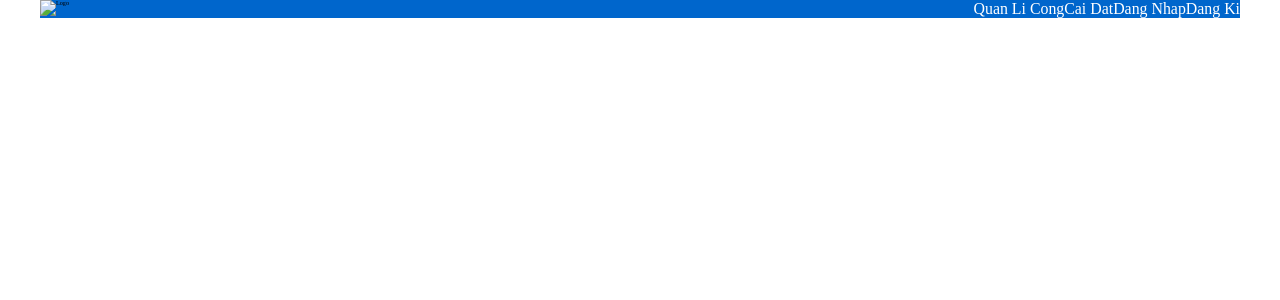
Repository: LDDUNG2003/a
Page: index.html
The author's editor kept a copy of each file at every save. The page is drawn from the files as they stood at one save, then again after the next save.
The browser window is 1280 px wide. The pictures show the whole page.

Above is the page before, as saved 2023-10-12 14:04:33.

### index.html
<!DOCTYPE html>
<html lang="en">

<head>
    <meta charset="UTF-8">
    <meta name="viewport" content="width=device-width, initial-scale=1.0">
    <title>Document</title>
    <link rel="stylesheet" href="./controlView/css/base.css">
    <link rel="stylesheet" href="./controlView/css/index.css">
</head>

<body>
    <div class="main">
        <div class="header">
            <div class="navBar">
                <img src="" alt="Logo">
                <ul class="navBar-list">
                    <li class="navBar-list--item">
                        <a href="./" class="navBar-list--link">quan li cong</a>
                    </li>
                    <li class="navBar-list--item">
                        <a href="./" class="navBar-list--link">cai dat</a>
                    </li>
                    <li class="navBar-list--item">
                        <a href="./" class="navBar-list--link">dang nhap</a>
                    </li>
                    <li class="navBar-list--item">
                        <a href="./" class="navBar-list--link">dang ki</a>
                    </li>
                </ul>
            </div>
        </div>
    </div>
</body>

</html>

### controlView/css/base.css
:root {
    --primary-color: #0066cc;
    --text-color: #414141;
}

* {
    padding: 0px;
    margin: 0px;
    font-size: 0.62rem;
}

### controlView/css/index.css
.main {
    width: 100%;
    max-width: 1200px;
    margin: auto;
}

.header {
    width: 100%;
}

.navBar {
    width: 100%;
    display: flex;
    justify-content: space-between;
    background-color: var(--primary-color);
}

.navBar-list {
    display: flex;
    list-style: none;
    font-size: 1.6rem;
}

.navBar-list--item {}

.navBar-list--link {
    font-size: 1.6rem;
    color: #fff;
    text-decoration: none;
    text-transform: capitalize;
}

After the next save:
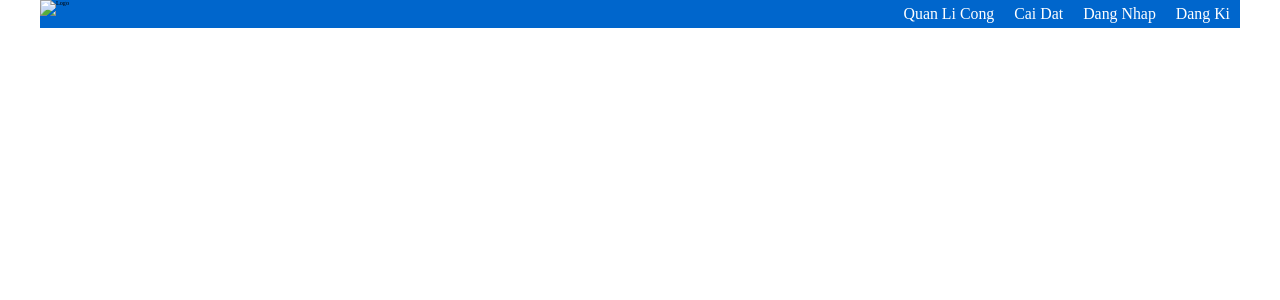
Saved 21 s later.
--- a/controlView/css/index.css
+++ b/controlView/css/index.css
@@ -21,7 +21,9 @@
     font-size: 1.6rem;
 }
 
-.navBar-list--item {}
+.navBar-list--item {
+    padding: 5px 10px;
+}
 
 .navBar-list--link {
     font-size: 1.6rem;
